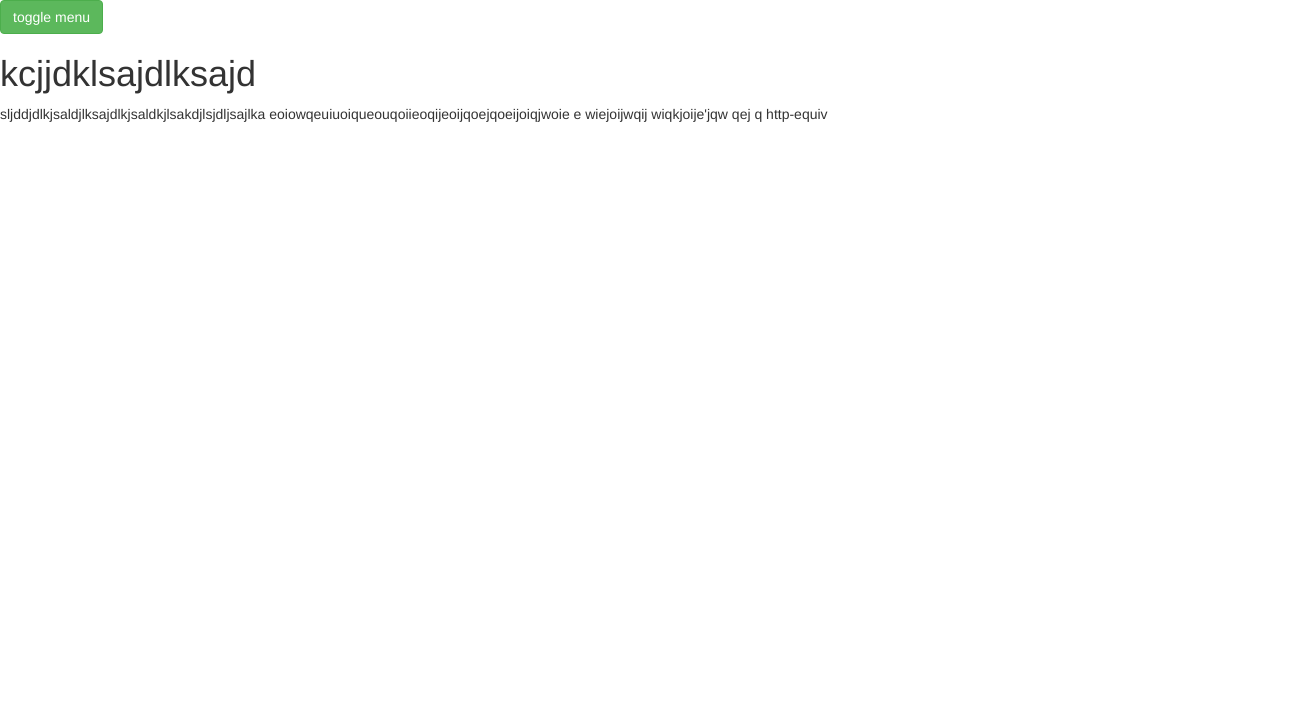
Repository: Juliolikescoding/WEB1010_bootstrap
Page: sidebartemp.html
The author's editor kept a copy of each file at every save. The page is drawn from the files as they stood at one save, then again after the next save.
The browser window is 1280 px wide. The page is 1295 px wide, so the pictures cover 1295 px, including what lies to the right of the window. The pictures show the whole page.
Some web libraries are served in a nearby version.

Above is the page before, as saved 2018-05-14 19:03:14.

After the next save:
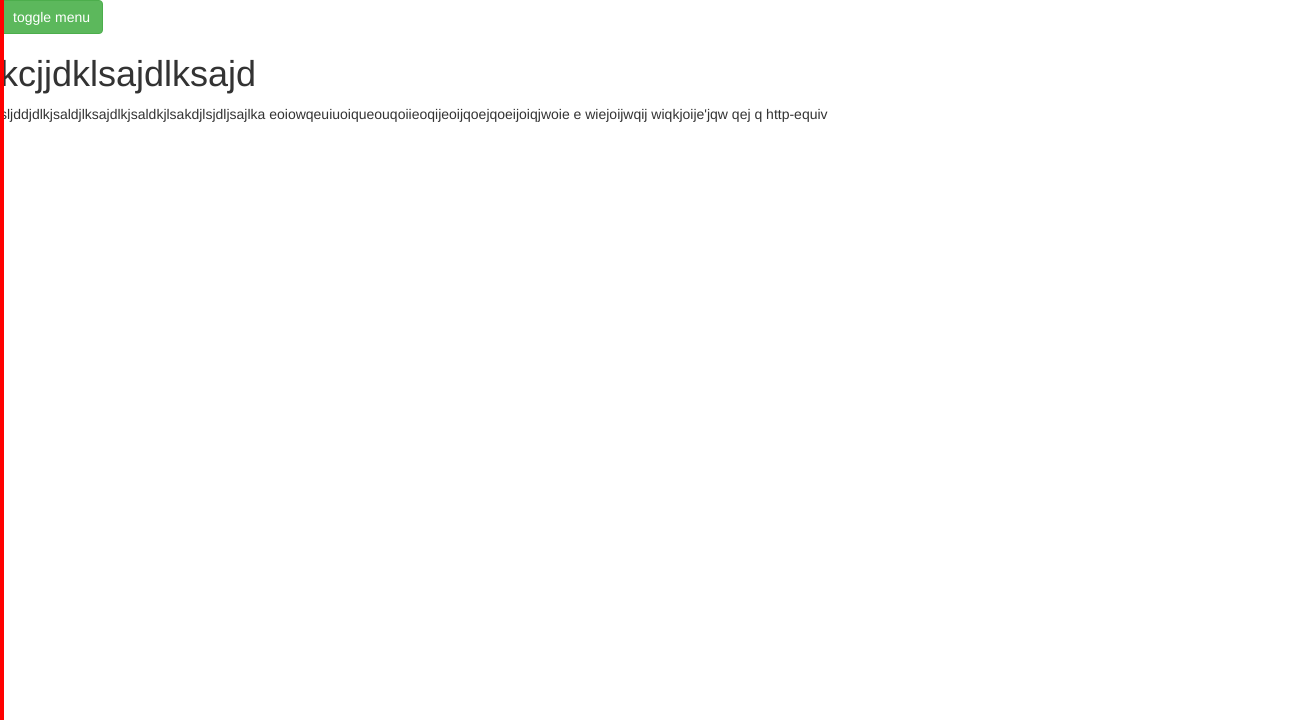
Saved 6 s later.
--- a/sidebar.css
+++ b/sidebar.css
@@ -6,5 +6,5 @@
     height: 100%;
     overflow-y: hidden;
     background: #2C3E50;
-    border:
+    border: 2px solid red;
 }
